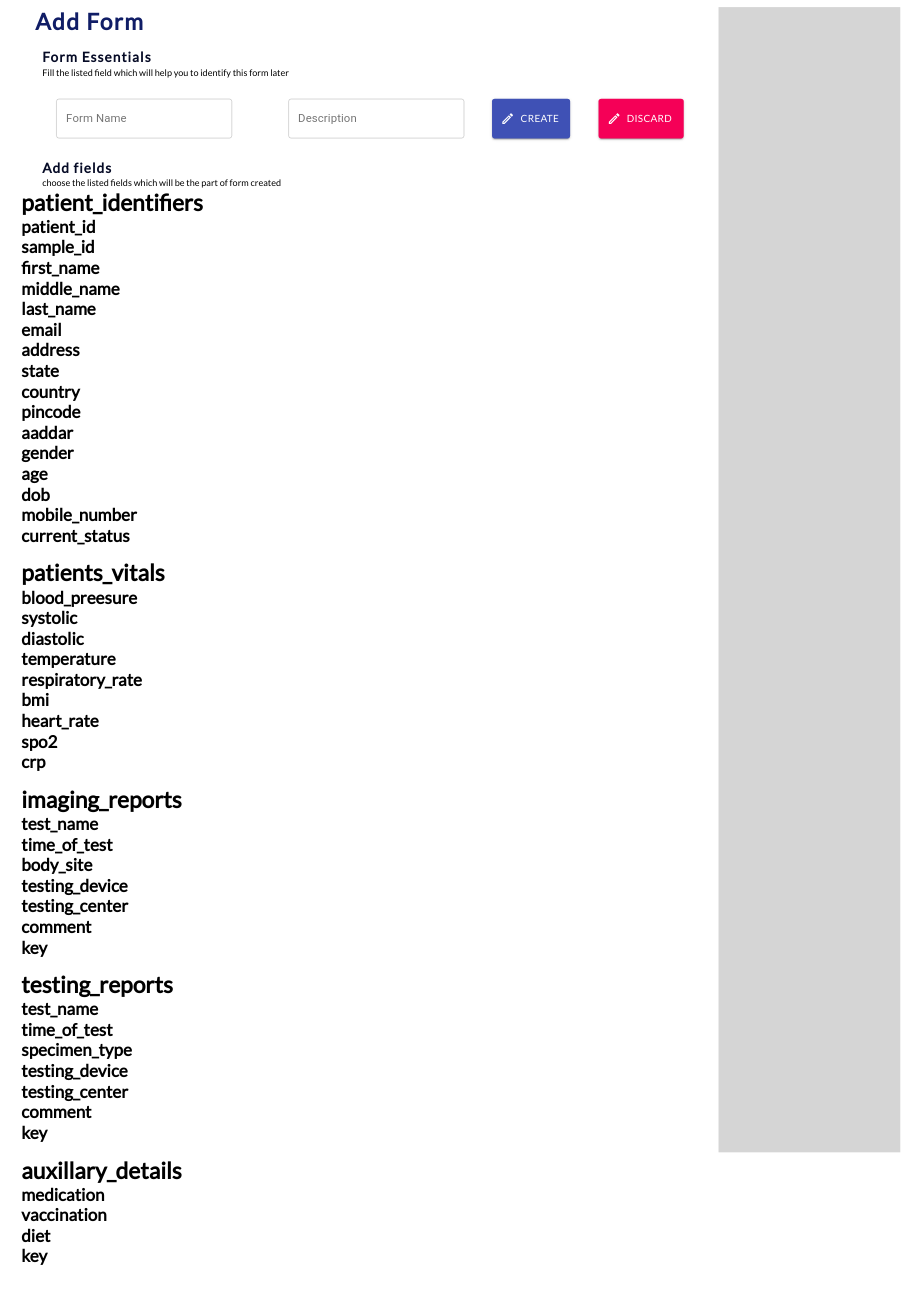
Repository: Architjain128/df
Page: /add
These files come from the project's save history. The page is drawn as it stood at one moment and after a run of saves; the edit follows.
The browser window is 1280 px wide. The pictures show the whole page, at 71% of full size.
The project was rebuilt for these pictures with package versions that can differ from the ones it lists, and the page was loaded fresh each time. Also part of the build but not shown: src/App.css, src/dftable.js, src/dataForm.js.

Above is the page before, as saved 2021-06-25 17:35:34.

After the next 5 saves:
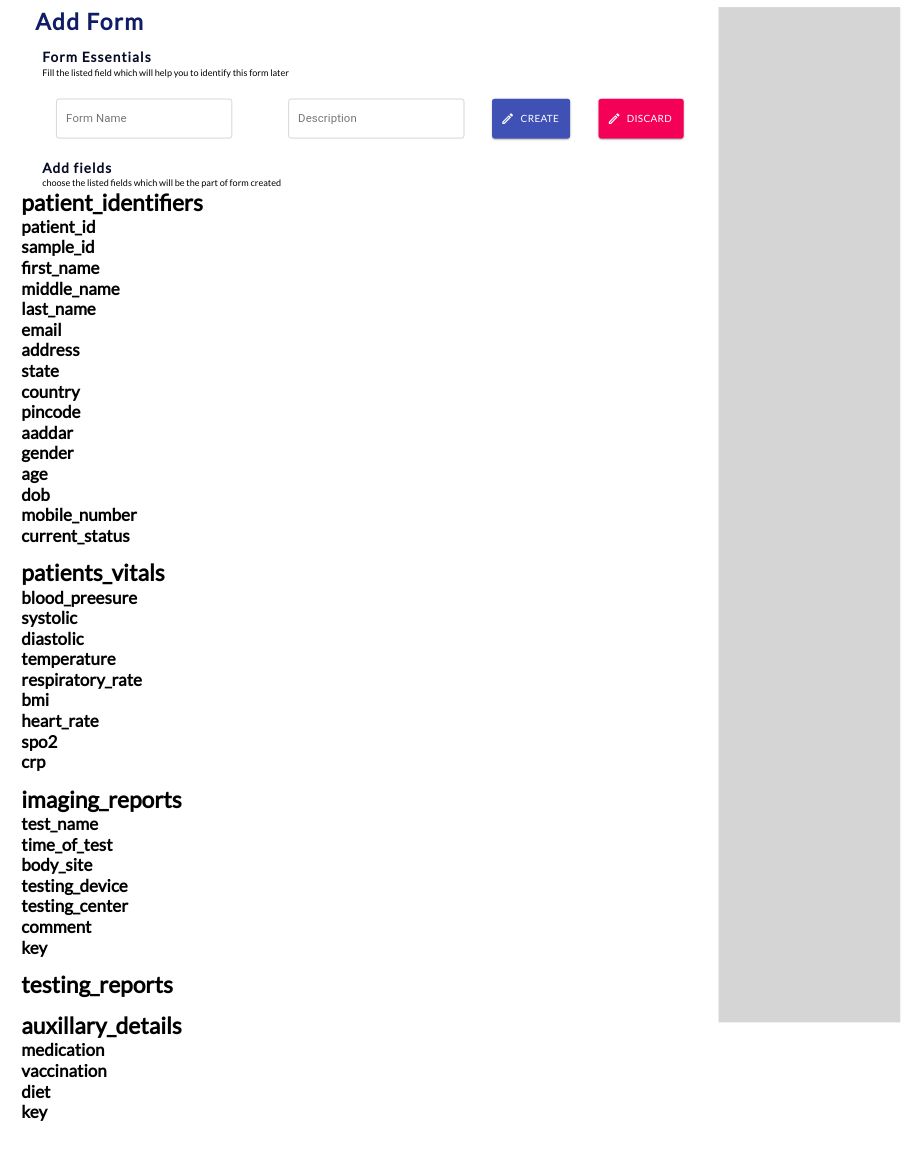
The 5 saves are shown as one change because they came seconds apart.
The last was saved 33 s later.
--- a/src/addDataForm.js
+++ b/src/addDataForm.js
@@ -38,7 +38,7 @@ class AddDataForm extends Component{
                 finalrow.push(this.listit(datas[data]["parameters"]["test_names"],0))
             }
             if(data==="testing_reports"){
-                finalrow.push(this.listit(datas[data]["parameters"],0))
+                finalrow.push(this.listit(datas[data]["parameters"]["test_names"],0))
             }
             else{
                 finalrow.push(this.listit(datas[data]["parameters"],0))
